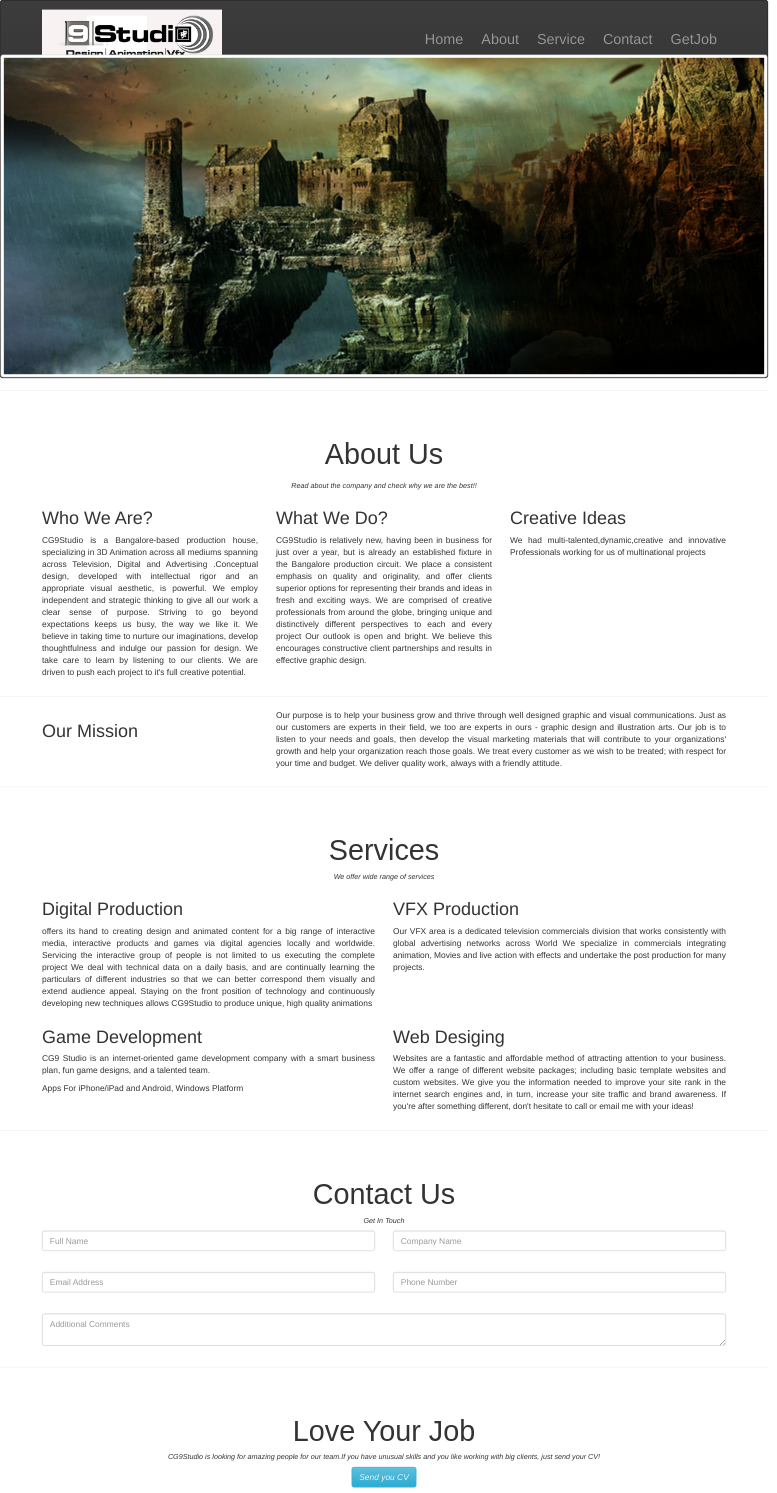
Repository: deepak6sp/BootstrapTheme1
Page: 9studio/WebContent/index.html
These files come from the project's save history. The page is drawn as it stood at one moment and after the next save; the edit follows.
The browser window is 1280 px wide. The page is 1295 px wide, so the pictures cover 1295 px, including what lies to the right of the window. The pictures show the whole page, at 60% of full size.
Some web libraries are served in a nearby version.

Above is the page before, as saved 2014-07-23 13:42:23.

After the next save:
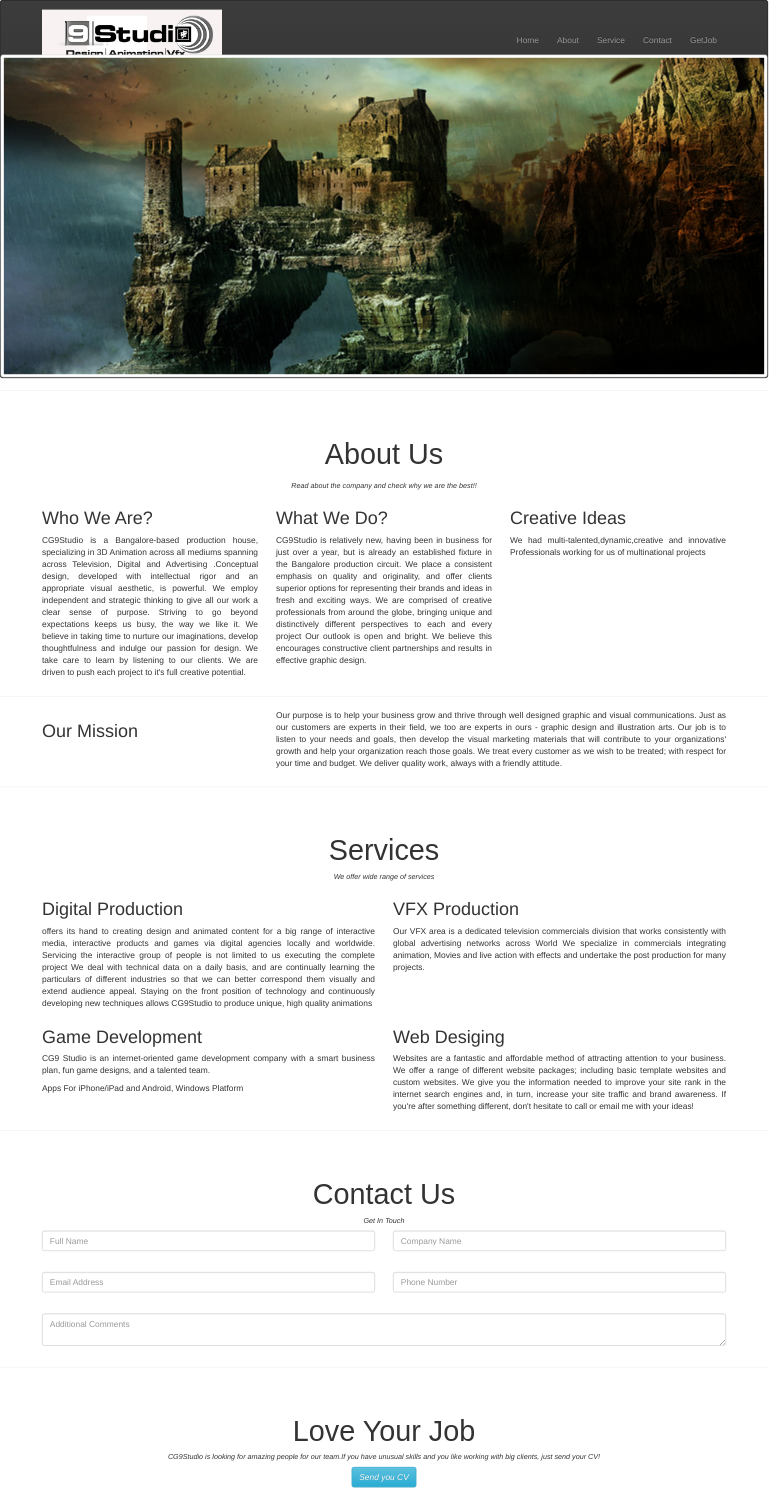
Saved 28 s later.
--- a/9studio/WebContent/css/style.css
+++ b/9studio/WebContent/css/style.css
@@ -8,8 +8,3 @@ div h1{
 div h6{
 	font-style:italic;
 }
-
-div ul li a{
-	color:grey;
-	font-size:24px;
-}
